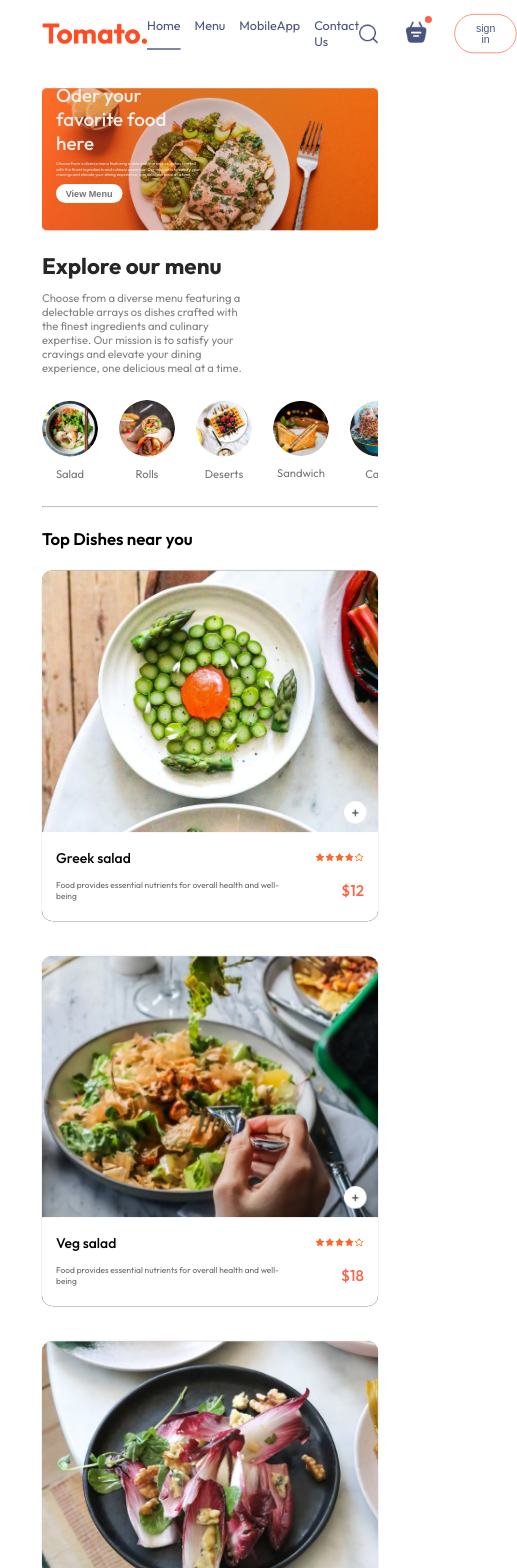
Repository: guilhermecardoso93/tomato-front-end
Page: /
An editor plug-in stored every save of this project. The page is shown before and after the next save, followed by the edit.
The browser window is 600 px wide. The page is 738 px wide, then 615 px, so the pictures cover 738 px, including what lies to the right of the window. The pictures show the part of the page from y = 0 to 2240 px (the page is 19208 px tall before and 19185 px after), at 70% of full size.
The project was rebuilt for these pictures with package versions that can differ from the ones it lists, and the page was loaded fresh each time. Also part of the build but not shown: vite.config.js, src/pages/Cart/styles.css, src/pages/Cart/index.jsx, src/pages/PlaceOrder/styles.css, src/pages/PlaceOrder/index.jsx.

Above is the page before, as saved 2024-10-31 19:21:26.

After the next save:
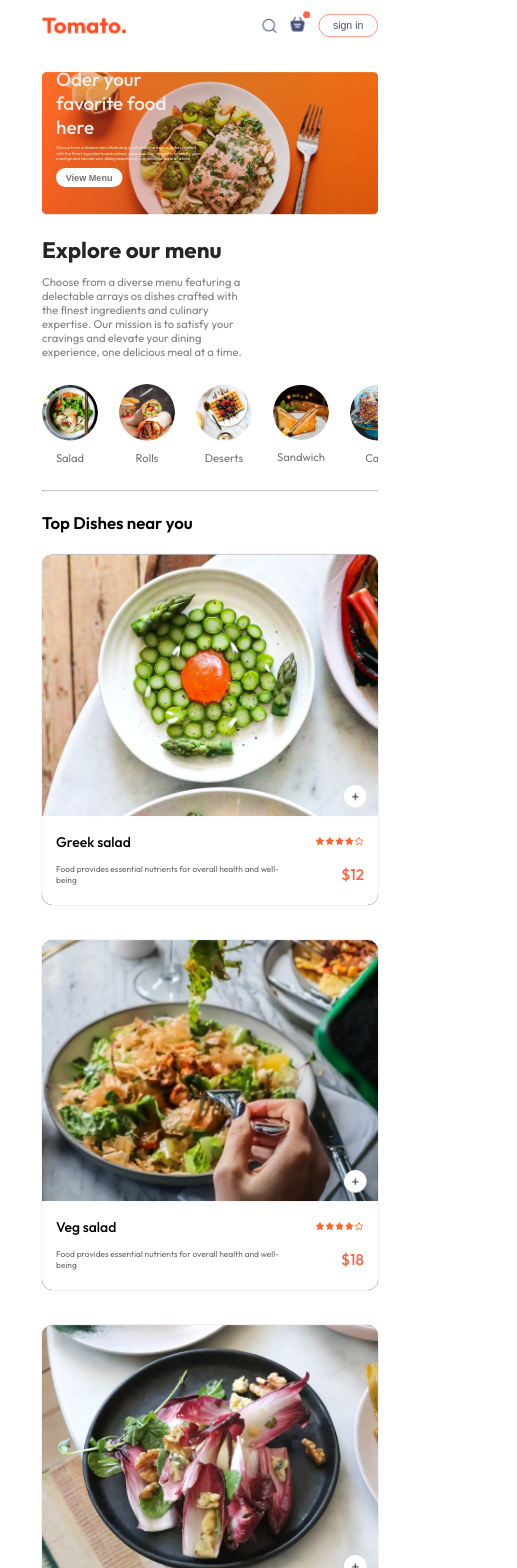
Saved 23 s later.
--- a/src/components/Navbar/styles.css
+++ b/src/components/Navbar/styles.css
@@ -59,6 +59,59 @@
   border-radius: 5px;
   top: -8px;
   right: -8px;
+}
+
+@media (max-width:1050px) {
+  .navbar .logo {
+    width: 140px;
+  }
+
+  .navbar-menu {
+    gap: 20px;
+    font-size: 17px;
+  }
+
+  .navbar-right {
+    gap: 30px;
+  }
+
+  .navbar-right img {
+    width: 22px;
+  }
+
+  .navbar-right button {
+    padding: 8px 25px;
+  }
+}
+
+@media (max-width:900px) {
+  .navbar .logo {
+    width: 120px;
+  }
+
+  .navbar-menu {
+    gap: 15px;
+    font-size: 16px;
+  }
+
+  .navbar-right {
+    gap: 20px;
+  }
+
+  .navbar-right img {
+    width: 20px;
+  }
+
+  .navbar-right button {
+    padding: 7px 20px;
+    font-size: 15px;
+  }
+}
+
+@media (max-width:750px) {
+  .navbar-menu {
+    display: none;
+  }
 }
 
 /*
@@ -249,57 +302,6 @@
   color: #49557e;
 }
 
-@media (max-width:1050px) {
-  .navbar .logo {
-    width: 140px;
-  }
-
-  .navbar-menu {
-    gap: 20px;
-    font-size: 17px;
-  }
-
-  .navbar-right {
-    gap: 30px;
-  }
-
-  .navbar-right img {
-    width: 22px;
-  }
-
-  .navbar-right button {
-    padding: 8px 25px;
-  }
-}
-
-@media (max-width:900px) {
-  .navbar .logo {
-    width: 120px;
-  }
-
-  .navbar-menu {
-    gap: 15px;
-    font-size: 16px;
-  }
-
-  .navbar-right {
-    gap: 20px;
-  }
-
-  .navbar-right img {
-    width: 20px;
-  }
-
-  .navbar-right button {
-    padding: 7px 20px;
-    font-size: 15px;
-  }
-}
-
-@media (max-width:750px) {
-  .navbar-menu {
-    display: none;
-  }
-}
+
 
  */
